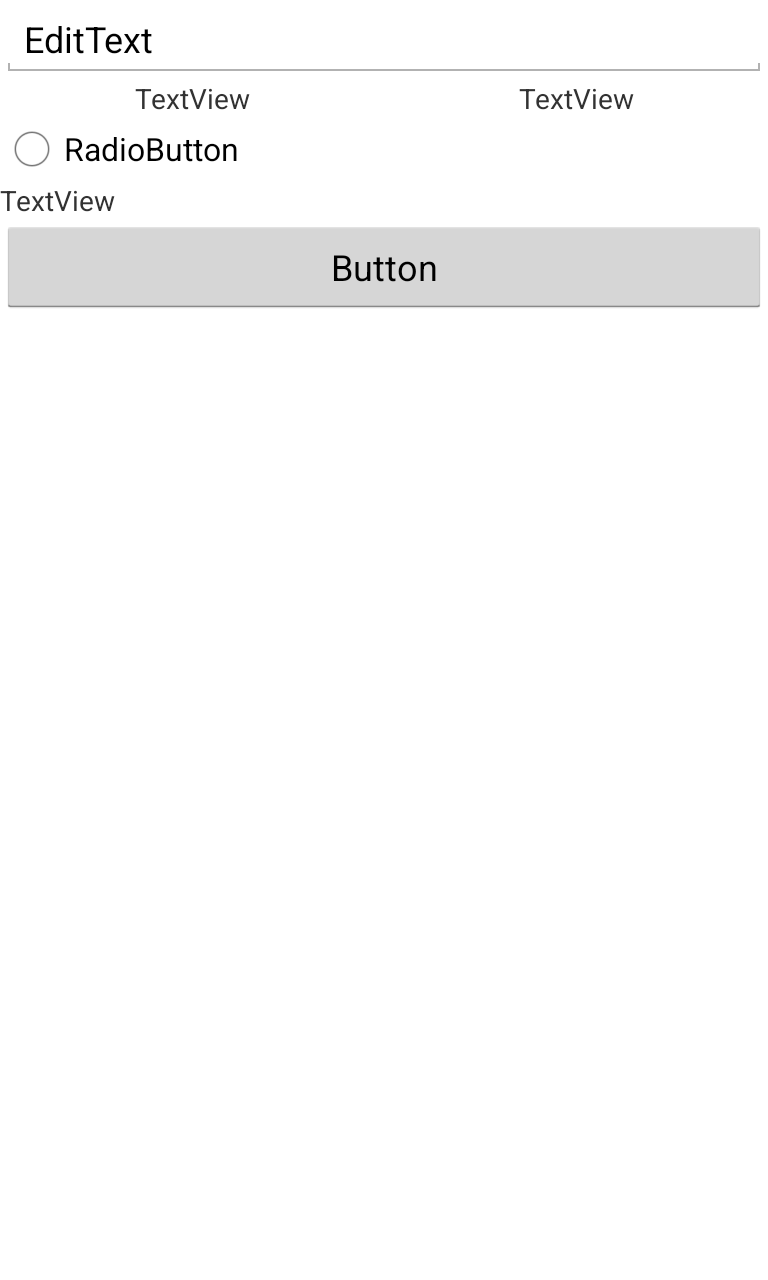
Repository: Cappo/ACM-Android-Development-SIG
Layout: Cappo/res/layout/tutorial1.xml
The author's editor kept a copy of each file at every save. The layout is drawn from the files as they stood at one save, then again after a run of saves.
It is drawn on a 768 x 1280 px phone screen (xhdpi) without system bars, with theme AppTheme; the app's code is not run.

Above is the layout before, as saved 2013-09-15 01:52:32.

### Cappo/res/layout/tutorial1.xml
<?xml version="1.0" encoding="utf-8"?>
<LinearLayout xmlns:android="http://schemas.android.com/apk/res/android"
    android:layout_width="match_parent"
    android:layout_height="match_parent"
    android:orientation="vertical" >

    <EditText
        android:id="@+id/editText1"
        android:layout_width="fill_parent"
        android:layout_height="wrap_content"
        android:text="EditText" />

    <LinearLayout
        android:layout_width="match_parent"
        android:layout_height="wrap_content"
        android:orientation="horizontal"
        android:weightSum="2" >

        <TextView
            android:id="@+id/textView1"
            android:layout_width="wrap_content"
            android:layout_height="wrap_content"
            android:layout_weight="1"
            android:gravity="center"
            android:text="TextView" />

        <TextView
            android:id="@+id/textView2"
            android:layout_width="wrap_content"
            android:layout_height="wrap_content"
            android:layout_weight="1"
            android:gravity="center"
            android:text="TextView" />

    </LinearLayout>

    <RadioButton
        android:id="@+id/radioButton1"
        android:layout_width="wrap_content"
        android:layout_height="wrap_content"
        android:text="RadioButton" />

    <TextView
        android:id="@+id/textView3"
        android:layout_width="match_parent"
        android:layout_height="wrap_content"
        android:text="TextView" />

    <Button
        android:id="@+id/button1"
        android:layout_width="match_parent"
        android:layout_height="wrap_content"
        android:text="Button" />

</LinearLayout>

Loaded but not shown: Cappo/res/values/styles.xml (common file); Cappo/res/values-v11/styles.xml (common file); Cappo/res/values-v14/styles.xml (common file)

After the next 2 saves:
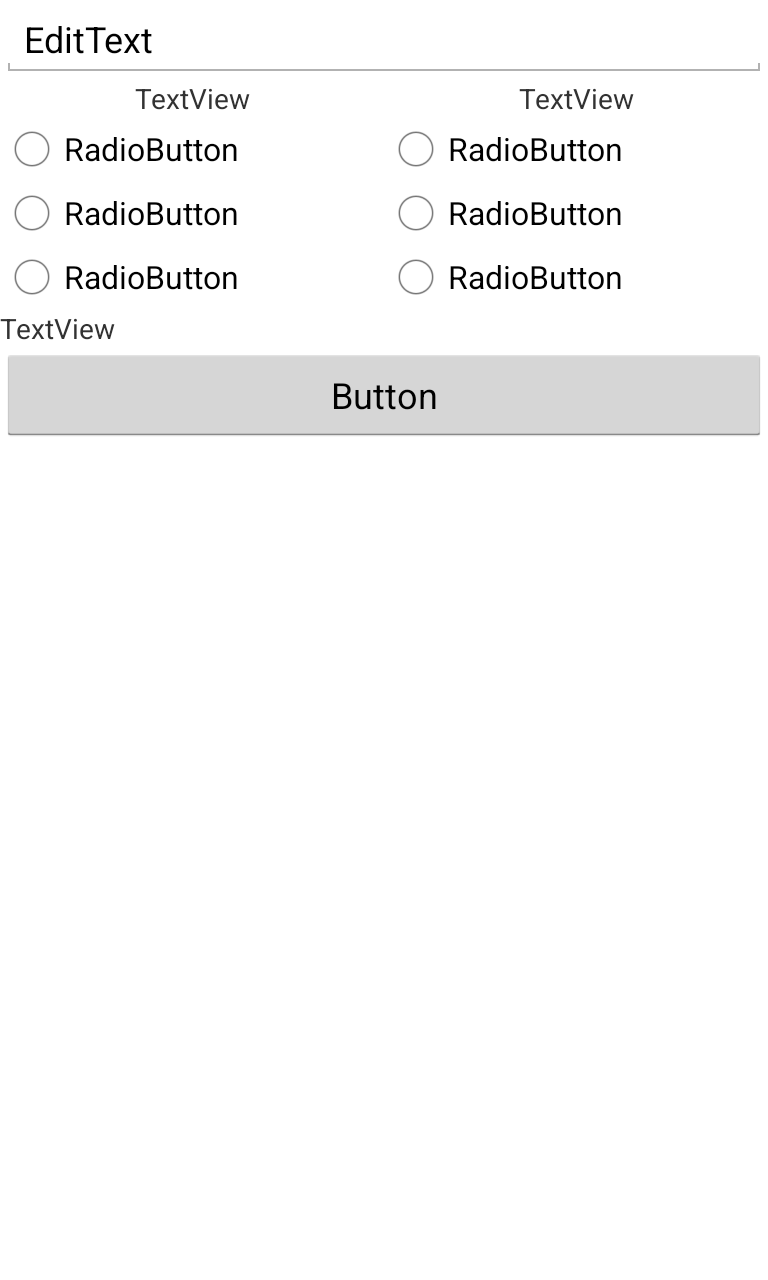
The 2 saves are shown as one change because 1 did not build or start.
The last was saved 5 min 39 s later.
--- a/Cappo/res/layout/tutorial1.xml
+++ b/Cappo/res/layout/tutorial1.xml
@@ -34,11 +34,58 @@
 
     </LinearLayout>
 
-    <RadioButton
-        android:id="@+id/radioButton1"
-        android:layout_width="wrap_content"
+    <LinearLayout
+        android:layout_width="fill_parent"
         android:layout_height="wrap_content"
-        android:text="RadioButton" />
+        android:orientation="horizontal"
+        android:weightSum="2" >
+    <RadioGroup
+        android:orientation="vertical"
+        android:layout_width="fill_parent"
+        android:layout_height="wrap_content"
+        android:layout_weight="1" >
+
+	    <RadioButton
+	        android:id="@+id/radioButton1"
+	        android:layout_width="wrap_content"
+	        android:layout_height="wrap_content"
+	        android:text="RadioButton" />
+	    <RadioButton
+	        android:id="@+id/radioButton1"
+	        android:layout_width="wrap_content"
+	        android:layout_height="wrap_content"
+	        android:text="RadioButton" />
+	    <RadioButton
+	        android:id="@+id/radioButton1"
+	        android:layout_width="wrap_content"
+	        android:layout_height="wrap_content"
+	        android:text="RadioButton" />
+
+	</RadioGroup>
+	<RadioGroup
+        android:orientation="vertical"
+        android:layout_width="fill_parent"
+        android:layout_height="wrap_content"
+        android:layout_weight="1" >
+
+	    <RadioButton
+	        android:id="@+id/radioButton1"
+	        android:layout_width="wrap_content"
+	        android:layout_height="wrap_content"
+	        android:text="RadioButton" />
+	    <RadioButton
+	        android:id="@+id/radioButton1"
+	        android:layout_width="wrap_content"
+	        android:layout_height="wrap_content"
+	        android:text="RadioButton" />
+	    <RadioButton
+	        android:id="@+id/radioButton1"
+	        android:layout_width="wrap_content"
+	        android:layout_height="wrap_content"
+	        android:text="RadioButton" />
+
+	 </RadioGroup>
+	 </LinearLayout>
 
     <TextView
         android:id="@+id/textView3"
